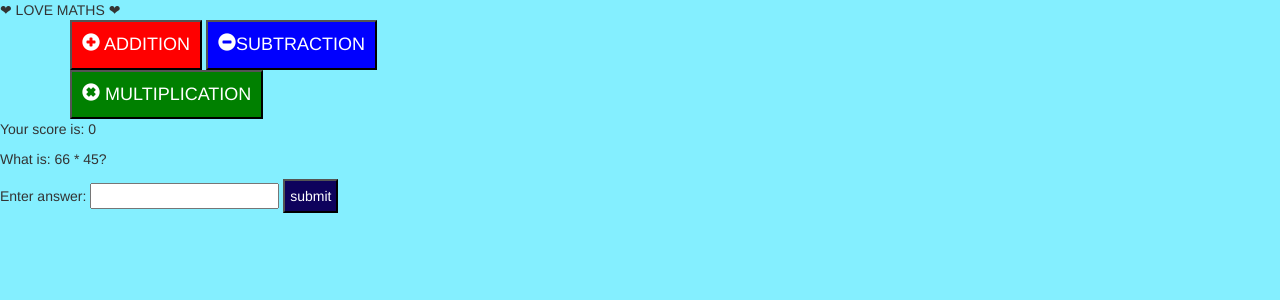
Repository: marstangg/mathgamefun
Page: index.html
The author's editor kept a record of every edit. The page is drawn from the files as they stood at one moment, then again after the next edit.
The browser window is 1280 px wide. The pictures show the whole page.

Above is the page before.

After the next edit:
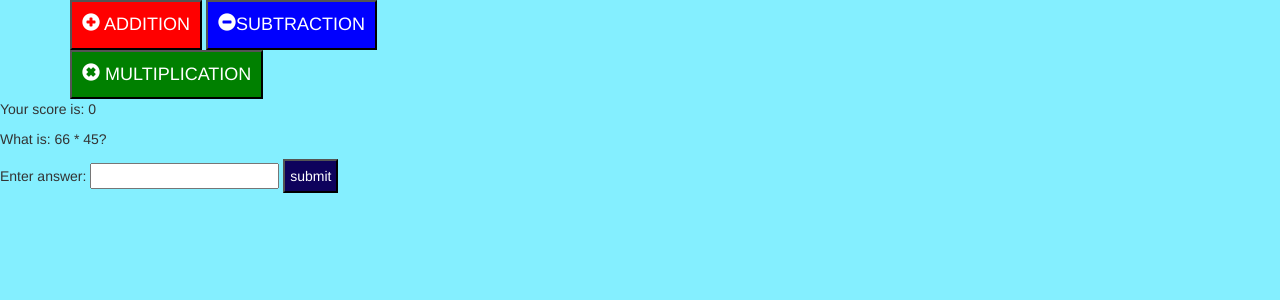
The edit:
--- a/index.html
+++ b/index.html
@@ -11,8 +11,6 @@
 <body>
 
 
-
-<div class="header"> ❤ LOVE MATHS ❤ </div>
 
 <div class="container" id="box1">
 <button id="plus" onclick="setAdditionGame()"> <span class="glyphicon glyphicon-plus-sign"></span> ADDITION</button>
